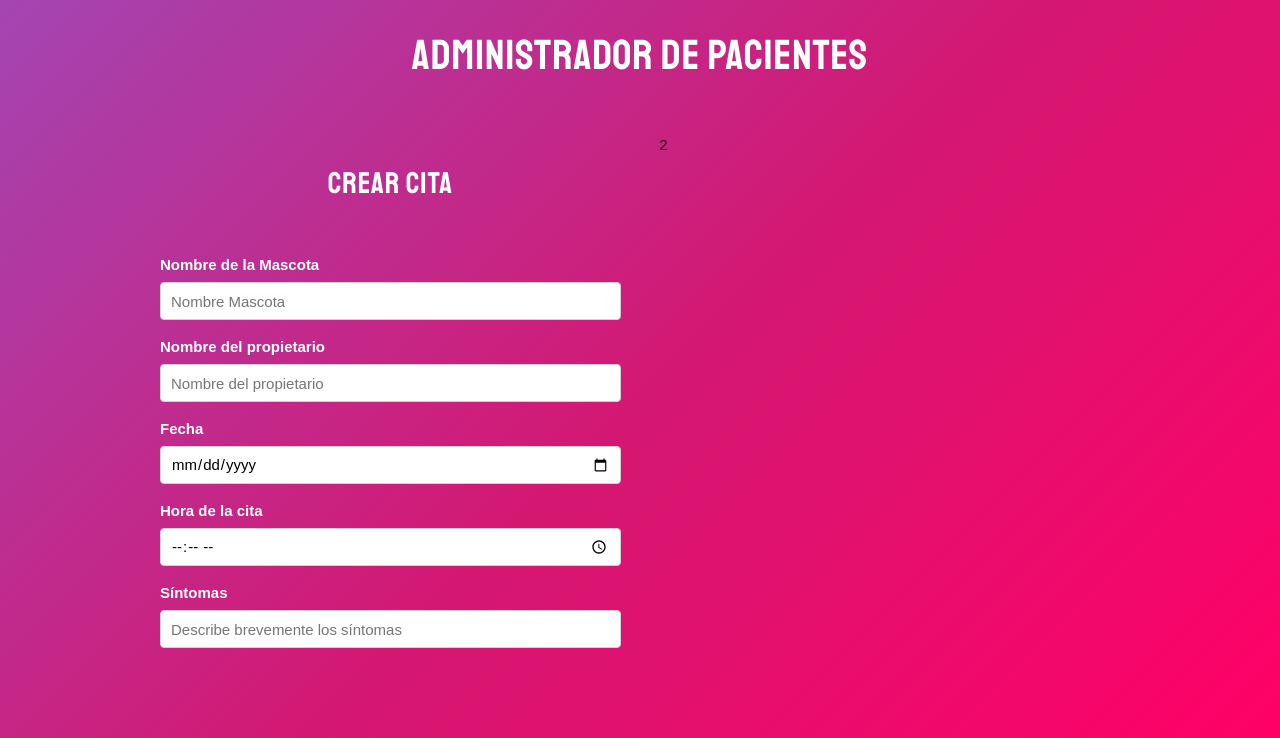
Repository: lmencos/pacientes
Page: /
The author's editor kept a copy of each file at every save. The page is drawn from the files as they stood at one save, then again after the next save.
The browser window is 1280 px wide. The pictures show the whole page.
The project was rebuilt for these pictures with package versions that can differ from the ones it lists, and the page was loaded fresh each time.

Above is the page before, as saved 2020-08-10 17:50:12.

### src/index.css
html {
  min-height: 100%;
}
body {
  margin: 0;
  padding: 0;
  font-family: sans-serif;
  background-image: linear-gradient(-225deg, #A445B2 0%, #D41872 52%, #FF0066 100%);
  min-height: 100%;
  padding-bottom: 5rem;
}
h1, h2, h3, h4  {
  color: white;
  padding: 3rem 0;
  text-align: center;

  text-transform: uppercase;

  font-family: 'Staatliches', cursive;
  letter-spacing: 1px;
}
.lista-citas .media {
  border-bottom: 1px solid #e1e1e1;
  padding-bottom: 3rem;
}

.lista-citas .media:last-of-type{
  border-bottom: 0;
}
.lista-citas .media-body p {
  margin:0;
}
.lista-citas .media-body button {
  margin-top: 1rem!important;
}
.lista-citas .media-body span {
  font-weight: bold;
}

label {
  color: white;
}

input[type="date"],
input[type="time"] {
  height: 38px;
    padding: 6px 10px;
    background-color: #fff;
    border: 1px solid #D1D1D1;
    border-radius: 4px;
    box-shadow: none;
    box-sizing: border-box;
}

.cita {
  padding: 2rem;
  background: white;
  border-bottom: 1px solid #e1e1e1;
  color: black;
}

.cita p {
  font-weight: bold;
  margin-bottom: .8rem;
}
.cita p span {
  font-weight: normal;

}
.cita:first-of-type {
  border-top-left-radius: 1rem;
  border-top-right-radius: 1rem;
}
.cita:last-of-type {
  border-bottom-left-radius: 1rem;
  border-bottom-right-radius: 1rem;
}
.button.eliminar,
.button.eliminar:hover {
  background-color: #c10059;
  color: white;
  margin-top: 2rem;
}

.alerta-error {
  background-color: white;
  color: red;
  padding: 1rem;
  font-size: 2rem;
  text-transform: uppercase;
  text-align: center;
  font-family:  'Staatliches', cursive;
}

### src/App.js
import React, { Fragment } from 'react';
import Formulario from './components/Formulario';

function App() {
  return (
    <Fragment>
      <h2>Administrador de pacientes</h2>
      <div className="container">
        <div className="row">
          <div>
            <div className="one-half column">
              <Formulario

              />
            </div>
            <div className="one-half column">
              2
            </div>
          </div>
        </div>

      </div>
    </Fragment>
  );
}

export default App;

### src/components/Formulario.js
import React, { Fragment } from 'react';

const Formulario = () => {
  return (
    <Fragment>
      <h4>Crear cita</h4>
      <form action="">
        <label>Nombre de la Mascota</label>
        <input
          type="text"
          name="mascota"
          className="u-full-width"
          placeholder="Nombre Mascota"
        />
        <label>Nombre del propietario</label>
        <input
          type="text"
          name="propietario"
          className="u-full-width"
          placeholder="Nombre del propietario"
        />
        <label>Fecha</label>
        <input
          type="date"
          name="fecha"
          className="u-full-width"
        />
        <label>Hora de la cita</label>
        <input
          type="time"
          name="hora"
          className="u-full-width"
        />
        <label>Síntomas</label>
        <input
          type="text"
          name="sintomas"
          className="u-full-width"
          placeholder="Describe brevemente los síntomas"
        />
      </form>
    </Fragment>
   );
}

export default Formulario;

Loaded but not shown: public/index.html (common file); src/index.js (common file); src/serviceWorker.js (common file)

After the next save:
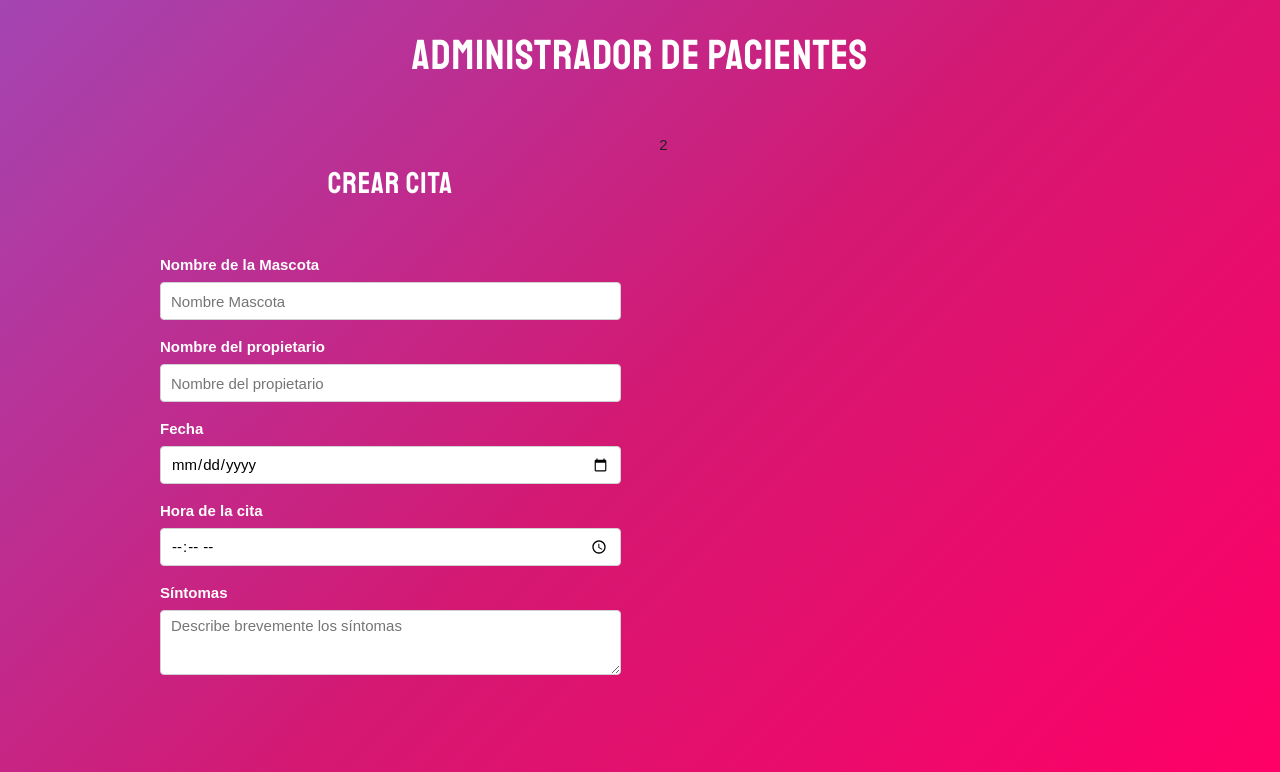
Saved 98 s later.
--- a/src/components/Formulario.js
+++ b/src/components/Formulario.js
@@ -32,12 +32,12 @@ const Formulario = () => {
           className="u-full-width"
         />
         <label>Síntomas</label>
-        <input
+        <textarea
           type="text"
           name="sintomas"
           className="u-full-width"
           placeholder="Describe brevemente los síntomas"
-        />
+        ></textarea>
       </form>
     </Fragment>
    );
